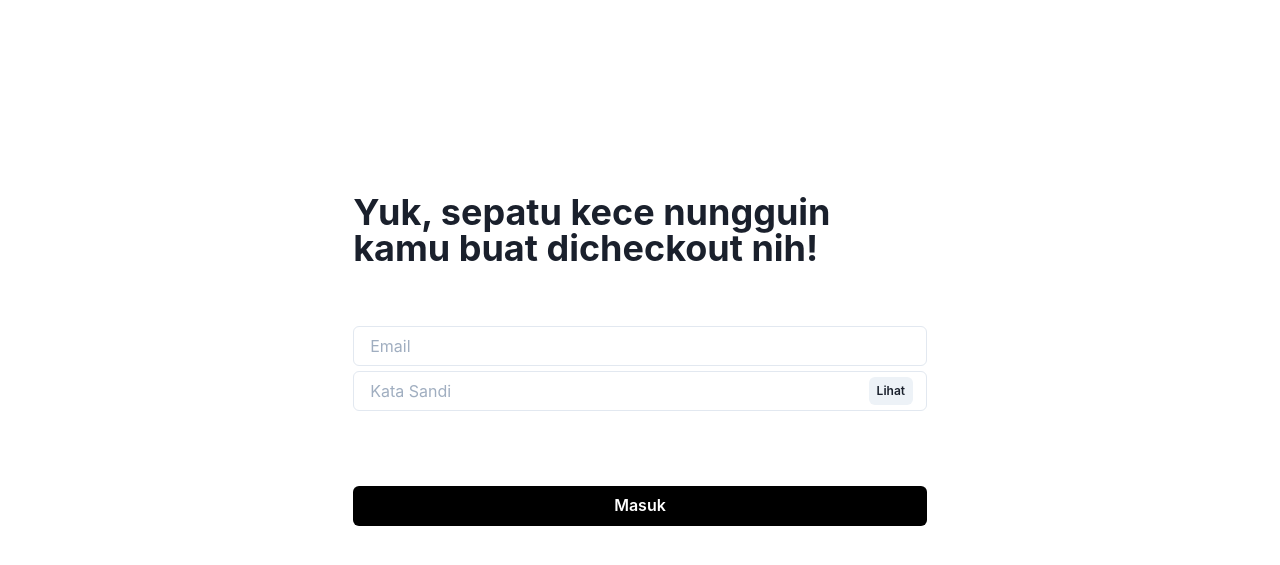
Repository: haileykwen/hanskering
Page: /
The author's editor kept a copy of each file at every save. The page is drawn from the files as they stood at one save, then again after the next save.
The browser window is 1280 px wide. The pictures show the whole page.
The project was rebuilt for these pictures with package versions that can differ from the ones it lists, and the page was loaded fresh each time. Also part of the build but not shown: src/App.css, src/pages/Signup/index.js.

Above is the page before, as saved 2021-12-10 11:19:16.

After the next save:
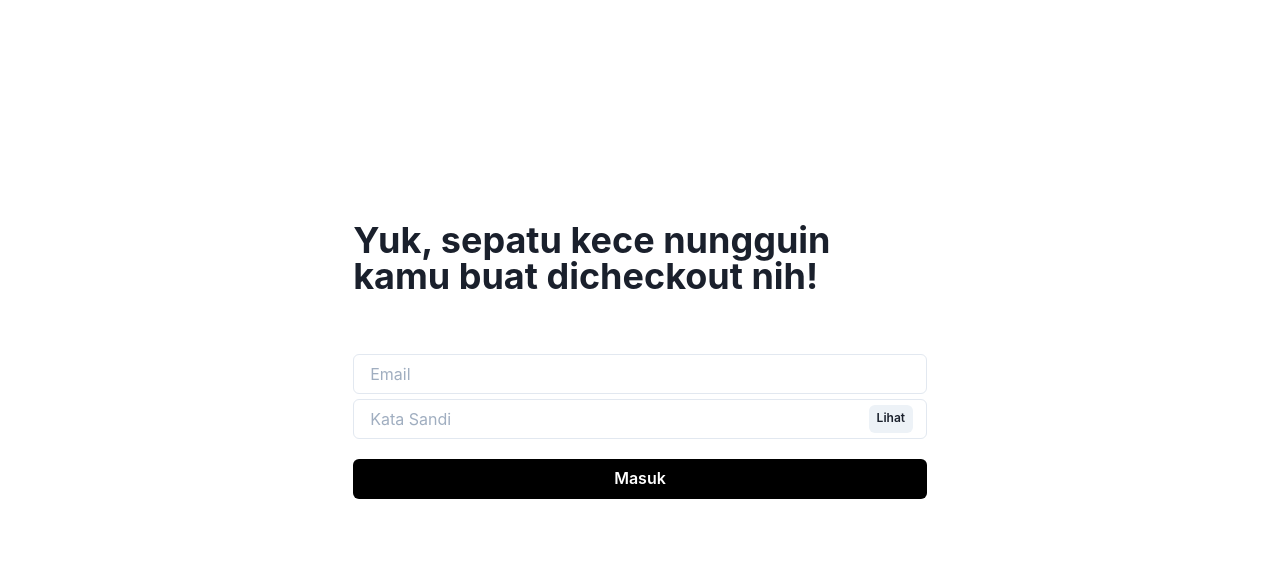
Saved 4 s later.
--- a/src/pages/Signin/index.js
+++ b/src/pages/Signin/index.js
@@ -28,7 +28,7 @@ const Signin = () => {
             <Button
                 isLoading={false}
                 loadingText='Submitting'
-                marginTop="75px"
+                marginTop="20px"
                 width="100%"
                 backgroundColor="black"
                 transition="0.3s"
